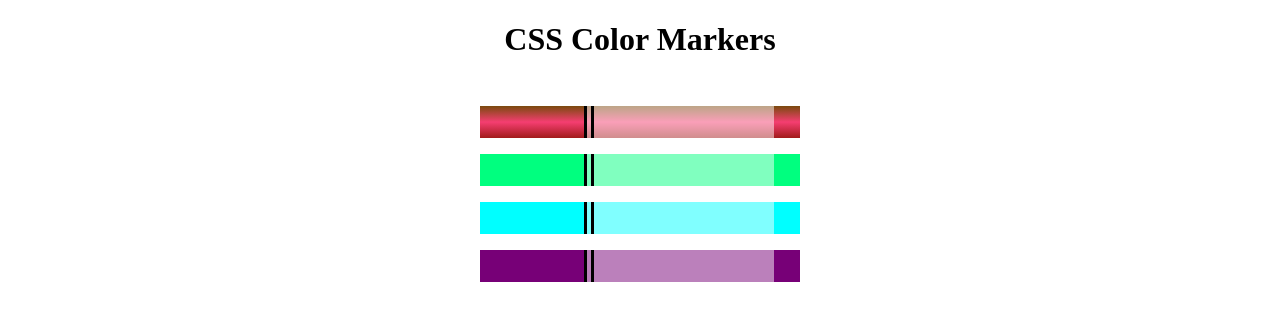
Repository: Lungdjos/color_markers
Page: index.html
An editor plug-in stored every save of this project. The page is shown before and after the next save, followed by the edit.
The browser window is 1280 px wide. The pictures show the whole page.

Above is the page before, as saved 2023-09-28 11:00:49.

### index.html
<!DOCTYPE html>
<html lang="en">

<head>
    <meta charset="UTF-8">
    <meta name="viewport" content="width=device-width, initial-scale=1.0">
    <title>Colored Markers</title>
    <link rel="stylesheet" href="styles.css">
</head>

<body>
    <h1>CSS Color Markers</h1>
    <div class="container">
        <div class="marker orange">
            <div class="cap"></div>
            <div class="sleeve"></div>
        </div>
        <div class="marker green">
            <div class="cap"></div>
            <div class="sleeve"></div>
        </div>
        <div class="marker cyan">
            <div class="cap"></div>
            <div class="sleeve"></div>
        </div>
        <div class="marker purple">
            <div class="cap"></div>
            <div class="sleeve"></div>
        </div>
    </div>
</body>

</html>

### styles.css
/* STYLING */

h1 {
    text-align: center;
}

.marker {
    /* background-color: red; */
    width: 320px;
    height: 32px;
    margin: 16px auto;
}

.orange {
    background: linear-gradient(rgb(122, 74, 14), rgb(245, 62, 113), rgb(162, 27, 27));
}

.green {
    background-color: rgb(0, 255, 127);
}

.cyan {
    background-color: #00ffff;
}

.purple {
    background-color: #707;
}

.container {
    background-color: hsl(255, 100%, 100%);
    margin: auto;
    padding: 10px 0px;
}

.sleeve {
    width: 180px;
    height: 32px;
    background-color: rgba(255, 255, 255, 0.5);
    border-left: 10px double black;
    border-left: 10px double black;
}

.cap {
    width: 100px;
    height: 32px;
}

.cap,
.sleeve {
    display: inline-block;
}

After the next save:
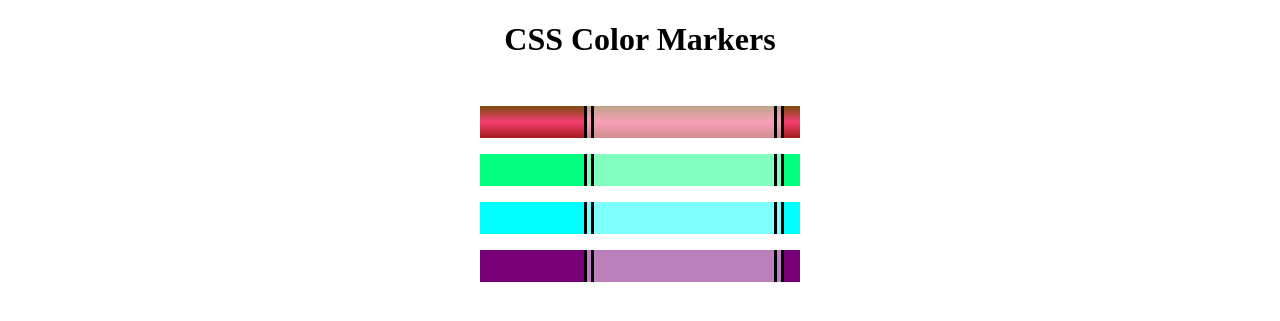
Saved 6 s later.
--- a/styles.css
+++ b/styles.css
@@ -38,7 +38,7 @@ h1 {
     height: 32px;
     background-color: rgba(255, 255, 255, 0.5);
     border-left: 10px double black;
-    border-left: 10px double black;
+    border-right: 10px double black;
 }
 
 .cap {
